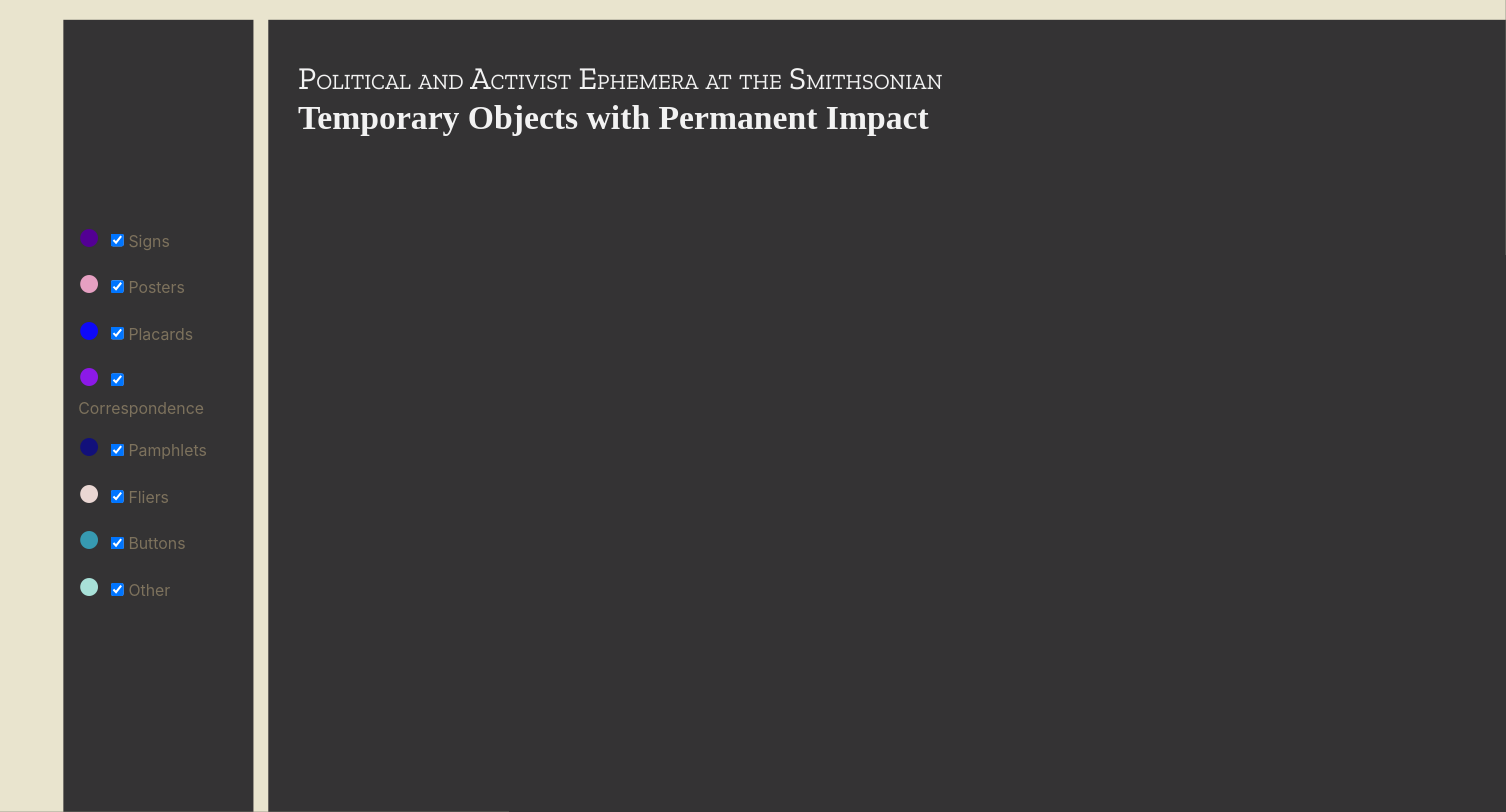
Repository: m0llyc00k/Major-studio-1
Page: Final/index-2.html
The author's editor kept a record of every edit. The page is drawn from the files as they stood at one moment, then again after the next edit.
The browser window is 1280 px wide. The page is 1521 px wide, so the pictures cover 1521 px, including what lies to the right of the window. The pictures show the whole page, at 99% of full size.
The page's requests for data from a server got no answer. Some web fonts or font styles are not loaded; a fallback is used.

Above is the page before.

### Final/index-2.html
<!DOCTYPE html>
<html lang="en">

<head>
    <title>Ephemera at the Smithsonian</title>
    <meta charset="utf-8">
    <meta name="viewport" content="width=device-width, initial-scale=1">
    <link rel="stylesheet" href="https://maxcdn.bootstrapcdn.com/bootstrap/4.5.2/css/bootstrap.min.css">
    <script src="https://ajax.googleapis.com/ajax/libs/jquery/3.5.1/jquery.min.js"></script>
    <script src="https://cdnjs.cloudflare.com/ajax/libs/popper.js/1.16.0/umd/popper.min.js"></script>
    <script src="https://maxcdn.bootstrapcdn.com/bootstrap/4.5.2/js/bootstrap.min.js"></script>
    <link rel="preconnect" href="https://fonts.googleapis.com">
    <link rel="preconnect" href="https://fonts.gstatic.com" crossorigin>
    <link href="https://fonts.googleapis.com/css2?family=Space+Grotesk:wght@300&family=Spartan:wght@100;400&family=Zilla+Slab:ital,wght@0,300;0,400;1,300;1,400&display=swap" rel="stylesheet">
    <link rel="preconnect" href="https://fonts.googleapis.com">
    <link rel="preconnect" href="https://fonts.gstatic.com" crossorigin>
    <link href="https://fonts.googleapis.com/css2?family=Zilla+Slab+Highlight:wght@400;700&display=swap" rel="stylesheet">
    <link rel="stylesheet" href="http://fonts.googleapis.com/css?family=Roboto:300,400,500,700" type="text/css">


    <style type="text/css">
        body {
            background-color: #e9e4ce;
            /*background-color: #161616;*/
            /*zoom: reset;*/
        }


        /*.graph {*/
        /*    width: 50%;*/
        /*    background-color: #121212;*/
        /*}*/

        #checkboxes>* {
            font: Roboto;
            font-weight: 400;
            color: #7d725d;
            padding-top: 3px;
            display: block;

        }

        .col-sm-2 {
            background-color: #343334;
            /*padding-left: 20px;*/
            /*border-radius: 25px;*/
            padding-top: 200px;
            padding-right:10px;
        }

        /*.measure-group {*/
        /*    display: grid;*/
        /*}*/


        svg {
            background-color: #343334;
        }
        svganchor {
            padding: 100px;
        }

        .cells path {
            fill: none;
            pointer-events: all;
        }

        div.tooltip {
            position: fixed;
            text-align: left;
            color: #efefef;
            white-space: normal;
            padding: 8px;
            font-size: 14px;
            background: rgb(96, 125, 139);
            border: 1px solid rgb(96, 125, 139);
            border-radius: 2px;
            pointer-events: none;
            cursor: pointer;
        }

        .axis path,
        .axis line {
            fill: none;
            stroke: rgb(96, 125, 139);
            shape-rendering: optimizeSpeed;
        }

        .axis text {
            font: 15px sans-serif;
            color: #efefef;

        }

        /*.typeSort {}*/


        .container {
            padding-top: 20px;
            max-width: 90%;
        }
    </style>

</head>

<body>

    <div class="container">
        <div class="row">

            <div class="col-sm-2 col-md-offset-2" id="checkboxes">
                <!--<span style="position:relative; top: 5px; font-size: 16px; padding:20px;">Ephemera Type:</span>-->
                <label class="mdl-checkbox mdl-js-checkbox mdl-js-ripple-effect">
                    <span class="mdl-checkbox__label" id="signsColor" style="font-size: 24px; color: #530094;">&#9679;&nbsp;</span>
                    <input type="checkbox" value="signs" class="mdl-checkbox__input typeSort" checked="">    Signs
                </label>
                <label class="mdl-checkbox mdl-js-checkbox mdl-js-ripple-effect">
                    <span class="mdl-checkbox__label" id="postersColor" style="font-size: 24px; color: #A8B1E1;">&#9679;&nbsp;</span>
                    <input type="checkbox" value="posters" class="mdl-checkbox__input typeSort" checked="">    Posters
                </label>
                <label class="mdl-checkbox mdl-js-checkbox mdl-js-ripple-effect">
                    <span class="mdl-checkbox__label" id="placardsColor" style="font-size: 24px; color: #0E09F8;">&#9679;&nbsp;</span>
                    <input type="checkbox" value="placards" class="mdl-checkbox__input typeSort" checked="">    Placards
                </label>
                <label class="mdl-checkbox mdl-js-checkbox mdl-js-ripple-effect">
                     <span class="mdl-checkbox__label" id="correspondenceColor" style="font-size: 24px; color: #8C19E7;">&#9679;&nbsp;</span>
                    <input type="checkbox" value="correspondence" class="mdl-checkbox__input typeSort" checked="">    Correspondence
                </label>
                <label class="mdl-checkbox mdl-js-checkbox mdl-js-ripple-effect">
                     <span class="mdl-checkbox__label" id="pamphletsColor" style="font-size: 24px; color: #12107A;">&#9679;&nbsp;</span>
                    <input type="checkbox" value="pamphlets" class="mdl-checkbox__input typeSort" checked="">    Pamphlets
                </label>
                <label class="mdl-checkbox mdl-js-checkbox mdl-js-ripple-effect">
                     <span class="mdl-checkbox__label" id="fliersColor" style="font-size: 24px; color: #8387F5;">&#9679;&nbsp;</span>
                    <input type="checkbox" value="fliers" class="mdl-checkbox__input typeSort" checked="">    Fliers
                </label>
                <label class="mdl-checkbox mdl-js-checkbox mdl-js-ripple-effect">
                    <span class="mdl-checkbox__label" id="buttonsColor" style="font-size: 24px; color: #936C85;">&#9679;&nbsp;</span>
                    <input type="checkbox" value="buttons" class="mdl-checkbox__input typeSort" checked="">  Buttons
                </label>
                <label class="mdl-checkbox mdl-js-checkbox mdl-js-ripple-effect">
                    <span class="mdl-checkbox__label" id="otherColor" style="font-size: 24px; color: #A8E1D8;">&#9679;&nbsp;</span>
                    <input type="checkbox" value="other" class="mdl-checkbox__input typeSort" checked="">    Other
                </label>


                <!--<div class="legendButtons" data-toggle="colorOrImage">-->
                <!--            <button onclick="changeColor()">by Color</button> -->
                <!--            <button onclick="changeImage()">by Image</button>-->
                <!--<button type="button" onclick="changeColor()" id="color" class="measure mdl-button mdl-js-button mdl-button--raised mdl-button--colored" value="typeSort">Type by Color</button> </br>-->
                <!--<button type="button" onclick="changeImage()" id="image" class="measure mdl-button mdl-js-button mdl-button--raised mdl-button--colored" value="primaryImage">Type by Image</button>-->
                <!--</div>-->
                <!--<div class="scale-group" data-toggle="buttons-radio">-->
                <!--    <button type="button" class="scale mdl-button mdl-js-button mdl-button--raised mdl-button--colored" value="scaleLinear">Linear Scale</button>-->
                <!--    <button type="button" class="scale mdl-button mdl-js-button mdl-button--raised mdl-button--colored" value="scaleLog">Log Scale</button>-->
                <!--</div>-->

            </div>

            <div class="col col-lg-10" id="svganchor"></div>

        </div></div>


        <script src="https://d3js.org/d3.v5.min.js"></script>
        <script src="beeswarm-2.js"></script>

</body>

</html>

### Qualitative/examples-beeswarm/beeswarm-2.js
let height = 800;
let width = 1250;
let margin = ({top: 40, right: 40, bottom: 34, left: 40});
let allDates = [];

// Data structure describing chart scales
let Scales = {
    lin: "scaleLinear",
    log: "scaleLog"
};

// Data structure describing volume of displayed data
let Count = {
    dateSort: "dateSort",
};

// Data structure describing legend fields value
let Legend = {
    dateSort: "dateSort",
};

let chartState = {};

chartState.measure = Count.dateSort;
chartState.scale = Scales.lin;
chartState.legend = Legend.dateSort;


// Colors used for circles depending on typeSort
let colors = d3.scaleOrdinal()
    .domain(["buttons", "signs", "posters", "placards", "correspondence", "pamphlets", "fliers", "other"])
    .range(['#379AB1','#530094','#E6A0C2','#0E09F8','#8C19E7','#12107A', '#EAD7D3', '#A8E1D8']);

    //#009392,#72aaa1,#b1c7b3,#f1eac8,#e5b9ad,#d98994,#d0587e
    //#A16928,#bd925a,#d6bd8d,#edeac2,#b5c8b8,#79a7ac,#2887a1

d3.select("#buttonsColor").style("color", colors("buttons"));
d3.select("#signsColor").style("color", colors("signs"));
d3.select("#postersColor").style("color", colors("posters"));
d3.select("#placardsColor").style("color", colors("placards"));
d3.select("#correspondenceColor").style("color", colors("correspondence"));
d3.select("#pamphletsColor").style("color", colors("pamphlets"));
d3.select("#fliersColor").style("color", colors("fliers"));
d3.select("#otherColor").style("color", colors("other"));


let svg = d3.select("#svganchor")
    .append("svg")
    .attr("width", width)
    .attr("height", height)

svg.append("text")
        .attr("x", 30)
        .attr("y", 70)
        .attr("text-anchor", "left")
        .style("font-size", "32px")
        .style("fill", "#f2f2f2")
        .style("font-family", "Zilla Slab")
        .style("font-variant", "small-caps")
        .text("Political and Activist Ephemera at the Smithsonian");

// Add subtitle to graph
svg.append("text")
        .attr("x", 30)
        .attr("y", 110)
        .attr("text-anchor", "left")
        .style("font-size", "34px")
        .style("fill", "#f2f2f2")
        .style("max-width", 400)
        .style("font-family", "Zilla Slab Highlight")
        .style("font-weight", 700)
        .text("Temporary Objects with Permanent Impact");



let xScale = d3.scaleLinear()
    .domain(allDates.map(d => d.dateSort))
    .range([margin.left, width - margin.right])

svg.append("g")
    .attr("class", "x axis")
    .attr("transform", "translate(0," + (height - margin.bottom) + ")")


// Create line that connects circle and X axis
let xLine = svg.append("line")
    .attr("stroke", "rgb(96,125,139)")
    .attr("stroke-dasharray", "3,4")
    .attr("stroke-width", "2");

// Create tooltip div and make it invisible
let tooltip = d3.select("#svganchor").append("div")
    .attr("class", "tooltip")
    .style("opacity", 0);

let tooltip2 = d3.select("#svganchor").append("div")
    .attr("class", "tooltip")
    .style("opacity", 0);

// Load and process data
d3.csv("https://raw.githubusercontent.com/m0llyc00k/major-studio-1/main/Qualitative/examples-beeswarm/beeswarm-data-new-Images.csv").then(function (data) {

    let dataSet = data;

    redraw();



    // Trigger filter function whenever checkbox is ticked/unticked
    d3.selectAll("input").on("change", filter);

    function redraw() {

        // Set scale type based on button clicked
        if (chartState.scale === Scales.lin) {
            xScale = d3.scaleLinear().range([ margin.left, width - margin.right ])
        }

        if (chartState.scale === Scales.log) {
            xScale = d3.scaleLog().range([ margin.left, width - margin.right ]);
        }

        xScale.domain(d3.extent(dataSet, function(d) {
            return +d[chartState.measure];
        }));

//set x axis
        let xAxis = d3.axisBottom(xScale)
                .ticks(12, ".0f");


        d3.transition(svg).select(".x.axis")
            .transition()
            .duration(1000)
            .call(xAxis);

        // Create simulation with specified dataset
        let simulation = d3.forceSimulation(dataSet)
            // Apply positioning force to push nodes towards desired position along X axis
            .force("x", d3.forceX(function(d) {
                // Mapping of values from date/perCapita column of dataset to range of SVG chart (<margin.left, margin.right>)
                return xScale(+d[chartState.measure]);  // This is the desired position
            }).strength(8))  // Increase velocity
            .force("y", d3.forceY((height / 1.75) - margin.bottom))  // // Apply positioning force to push nodes towards center along Y axis
            .force("collide", d3.forceCollide(14)) // Apply collision force with radius of 9 - keeps nodes centers 9 pixels apart
            .stop();  // Stop simulation from starting automatically

        // Manually run simulation
        for (let i = 0; i < dataSet.length; ++i) {
            simulation.tick(5);
        }


// function changeColor() {

        // Create ephemera circles
        let titleCircles = svg.selectAll(".title")
            .data(dataSet, function(d) { return d.title });

        titleCircles.exit()
            .transition()
            .duration(1000)
            .attr("cx", 0)
            .attr("cy", (height / 2) - margin.bottom / 2)
            .remove();

        titleCircles.enter()
            .append("circle")
            .attr("class", "title")
            .attr("cx", width - margin.right)
            .attr("cy", (height) - margin.bottom)
            .attr("r", 13)
            .attr("fill", function(d){ return colors(d.typeSort)})
            .merge(titleCircles)
            .transition()
            .duration(2000)
            .attr("cx", function(d) { return d.x; })
            .attr("cy", function(d) { return d.y; });

// }



// function changeImage (){

// var images = svg.selectAll(".primaryImage")
//             .data(dataSet, function(d) { return d.primaryImage });

//         images.exit()
//             .transition()
//             .duration(1000)
//             .attr("x", 0)
//             .attr("y", (height) - margin.bottom)
//             .remove()



//         images.enter()
//             .append("image")
//             .attr("xlink:href", function(d) { return d.primaryImage;})
//             .attr("width", 26)
//             .attr("height", 26)
//             .attr("x", width - margin.right / 2)
//             .attr("y", (height) - margin.bottom / 2)
//             .merge(images)
//             .transition()
//             .duration(2000)
//             .attr("x", function(d) { return d.x; })
//             .attr("y", function(d) { return d.y; });

// }



        // Show tooltip when hovering over circle (data for respective country)
        d3.selectAll(".title").on("mousemove", function(d) {
            tooltip.html(`<div id="textTooltip">
                          <strong>${d.title}</strong><br>
                          ${d.typeTrue}<br>
                          <strong>${d.dateTrue}</strong><br>
                          </div>
                          <div id="imageTooltip" float:right>
                          <img src="${d.primaryImage}" alt="image here">
                          </div>
                          `)
                // .style('top', d3.event.pageY - 1 + 5 + 'px')
                // .style('left', d3.event.pageX + 1 + 10 + 'px')
                .style("opacity", 0.9)
                .style("left", d3.select(this).attr("cx") + "px")
                .style("top", d3.select(this).attr("cy") + "px");




            xLine.attr("x1", d3.select(this).attr("cx"))
                .attr("y1", d3.select(this).attr("cy"))
                .attr("y2", (height - margin.bottom))
                .attr("x2",  d3.select(this).attr("cx"))
                .attr("opacity", 1)


        }).on("mouseout", function(_) {
            tooltip.style("opacity", 0);
            xLine.attr("opacity", 0);
        });

    }

    // Filter data based on which checkboxes are ticked
    function filter() {

        function getCheckedBoxes(checkboxName) {

            let checkboxes = d3.selectAll(checkboxName).nodes();
            let checkboxesChecked = [];
            for (let i = 0; i < checkboxes.length; i++) {
                if (checkboxes[i].checked) {
                    checkboxesChecked.push(checkboxes[i].defaultValue);
                }
            }
            return checkboxesChecked.length > 0 ? checkboxesChecked : null;
        }

        let checkedBoxes = getCheckedBoxes(".typeSort");

        let newData = [];

        if (checkedBoxes == null) {
            dataSet = newData;
            redraw();
            return;
        }

        for (let i = 0; i < checkedBoxes.length; i++){
            let newArray = data.filter(function(d) {
                return d.typeSort === checkedBoxes[i];
            });
            Array.prototype.push.apply(newData, newArray);
        }

        dataSet = newData;
        redraw();
    }

}).catch(function (error) {
    if (error) throw error;
});

After the next edit:
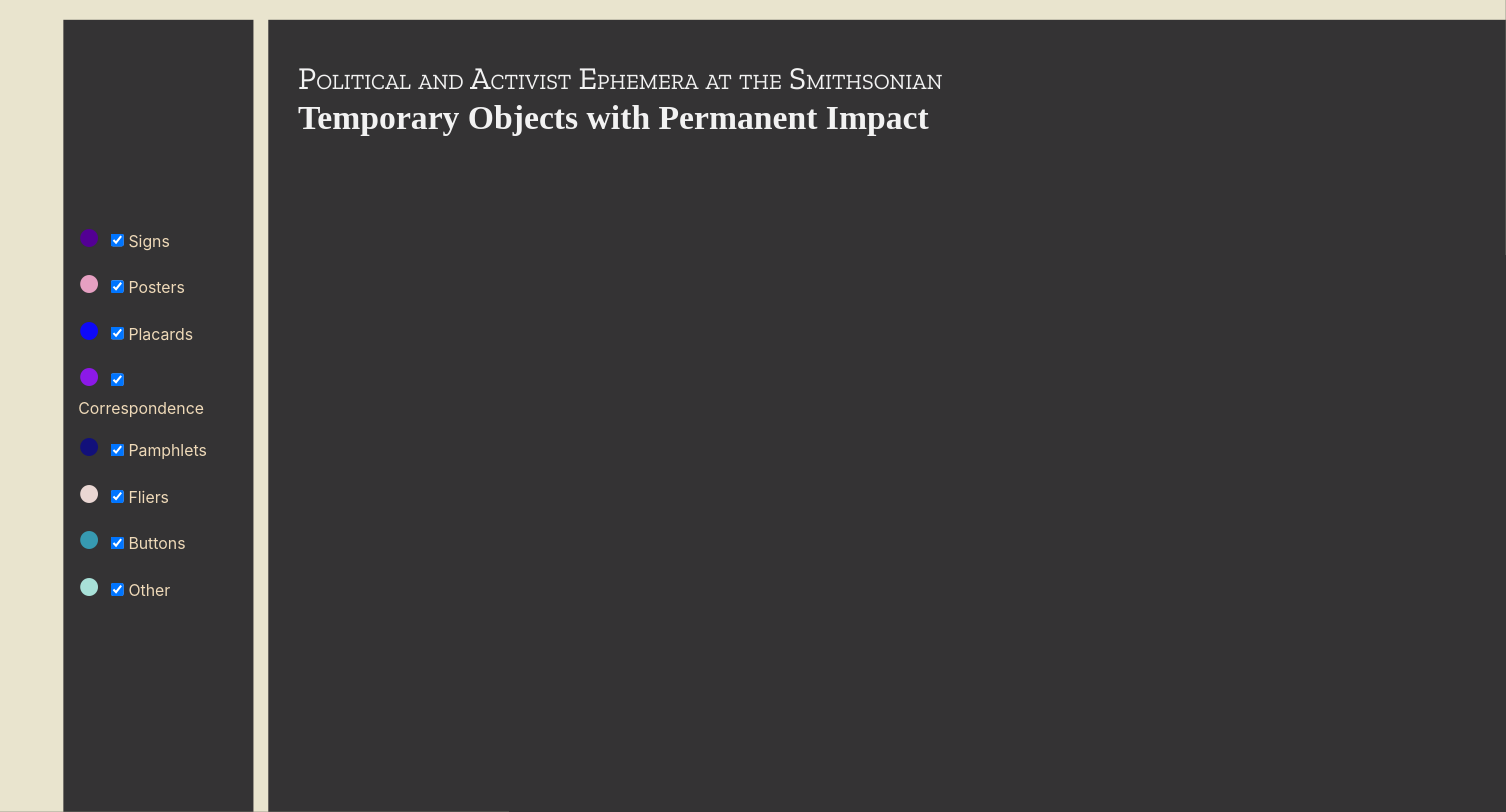
The edit:
--- a/Final/index-2.html
+++ b/Final/index-2.html
@@ -34,7 +34,7 @@
         #checkboxes>* {
             font: Roboto;
             font-weight: 400;
-            color: #7d725d;
+            color: #efdab9;
             padding-top: 3px;
             display: block;
 
